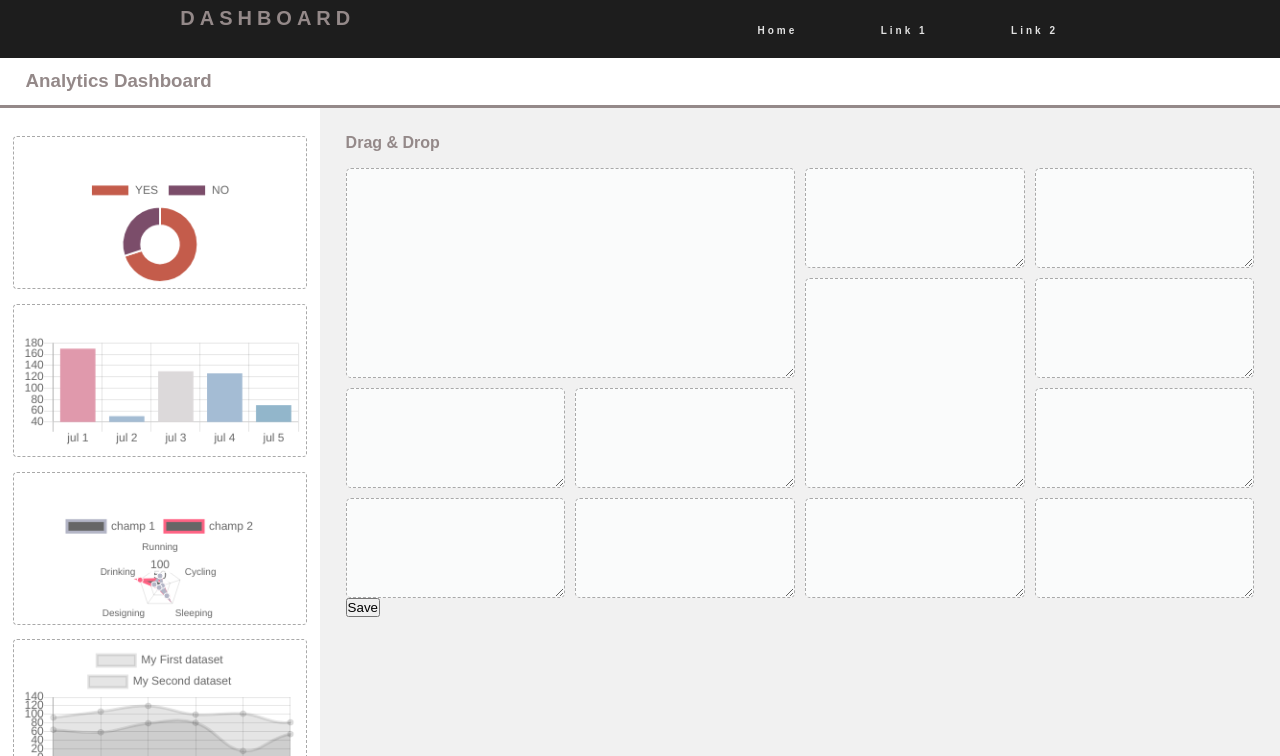
Repository: nourabdelhakam/drag-drop
Page: index.html
An editor plug-in stored every save of this project. The page is shown before and after the next save, followed by the edit.
The browser window is 1280 px wide. The pictures show the whole page.
Some web libraries are served in a nearby version.

Above is the page before, as saved 2020-07-05 06:32:19.

After the next save:
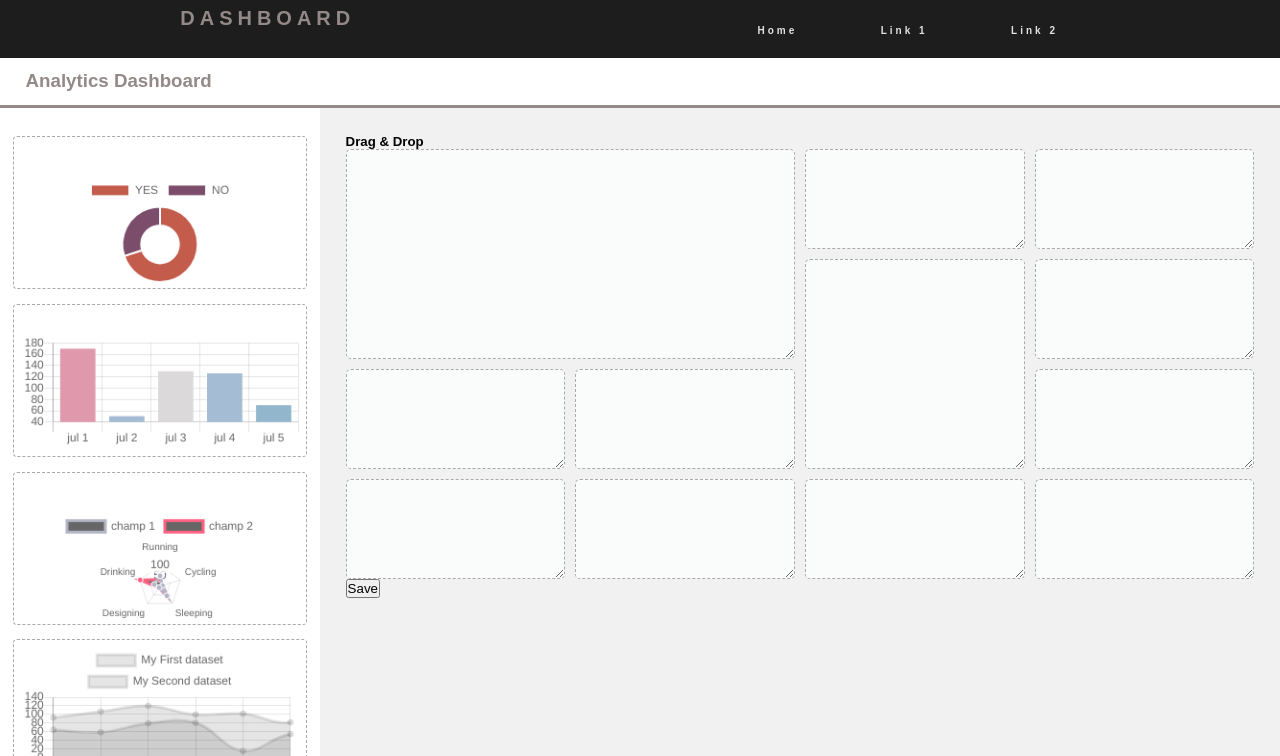
Saved 67 s later.
--- a/index.html
+++ b/index.html
@@ -43,7 +43,7 @@
                 </div>
               </div>
               <div class="right">
-                  <h4>Drag & Drop</h4>
+                  <h5>Drag & Drop</h5>
                   <div class="wrapper" id="wrapper">
                     <div class="list">
                     </div>
